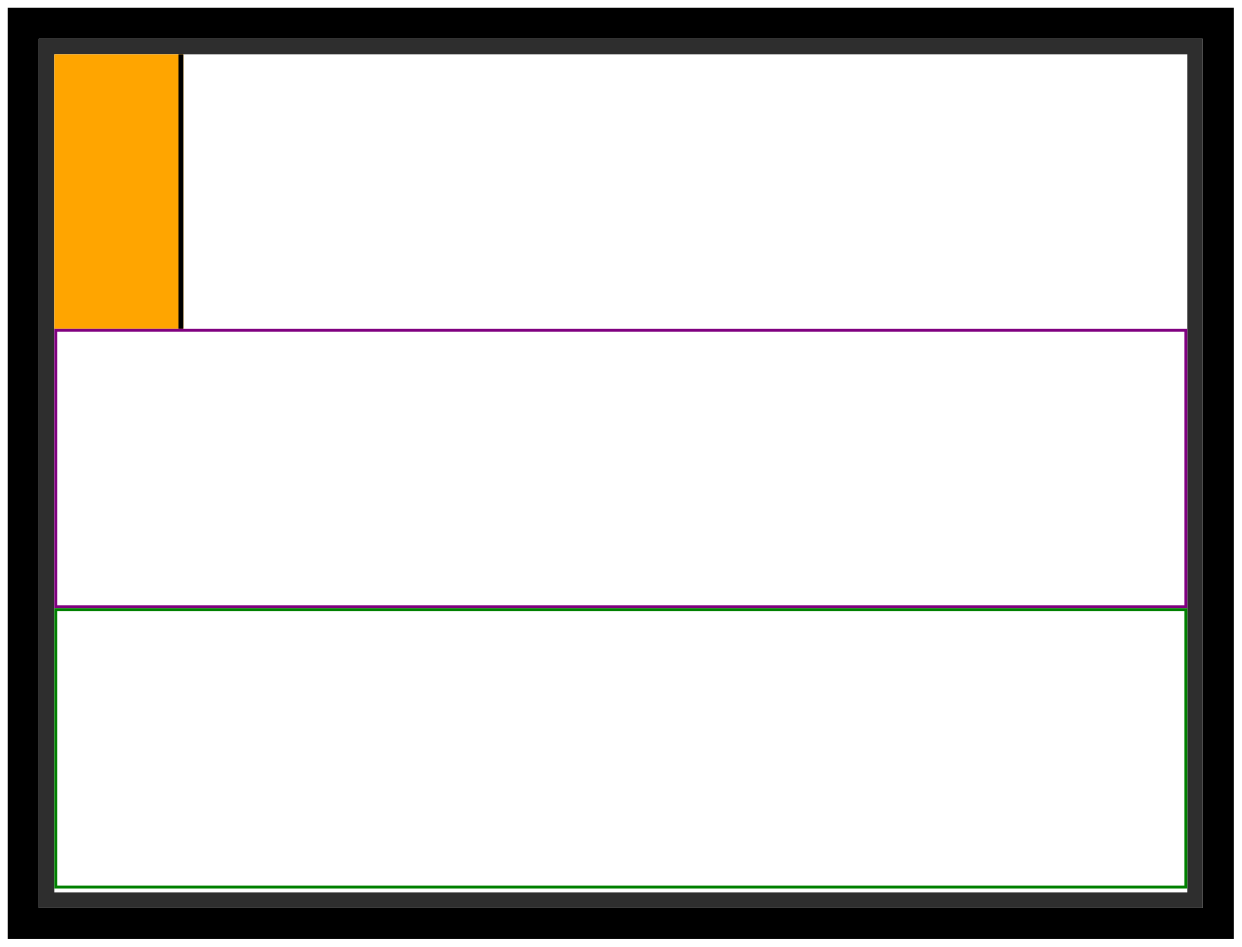
Repository: Tsardines/mondrian
Page: index.html
The author's editor kept a copy of each file at every save. The page is drawn from the files as they stood at one save, then again after the next save.
The browser window is 1280 px wide. The pictures show the whole page, at 97% of full size.
Some web fonts or font styles are not loaded; a fallback is used.

Above is the page before, as saved 2019-10-20 16:13:34.

### index.html
<!DOCTYPE html>
<html>
  <head>
    <meta charset="UTF-8">
  <meta http-equiv="X-UA-Compatible" content="IE=edge,chrome=1">
  <meta name="viewport" content="width=device-width,initial-scale=1">
    <title>title</title>
  <meta name="author" content="name">
  <meta name="description" content="description here">
  <meta name="keywords" content="keywords,here">
  <link rel="stylesheet" href="//fonts.googleapis.com/css?family=font1|font2|etc" type="text/css">
  <link rel="stylesheet" href="styles.css" type="text/css">
  </head>
  <body>

    <div id="canvas">
        <div class="grid__container">
            <div class="grid__top">
                <div class="top__rect"></div>


            </div>
            <div class="grid__middle">



            </div>
            <div class="grid__bottom">



            </div>
    </div>
</div>

  </body>
</html>

### styles.css
#canvas {
    border: 2rem solid black;
    /* display: block; */
    height: 56rem;
}

.grid__container {
    border: 1rem solid rgb(46, 46, 46);
    height: 54rem;
}

.grid__top {
    /* border: 3px solid red; */
    height: 32.7%;
}

.grid__middle {
    border: 3px solid purple;
    height: 32.7%;
}

.grid__bottom {
    border: 3px solid green;
    height: 32.7%;
}

.top__rect {
    background-color: orange;
    border-right: 5px solid black;
    height: 100%;
    width: 8rem;
}

After the next save:
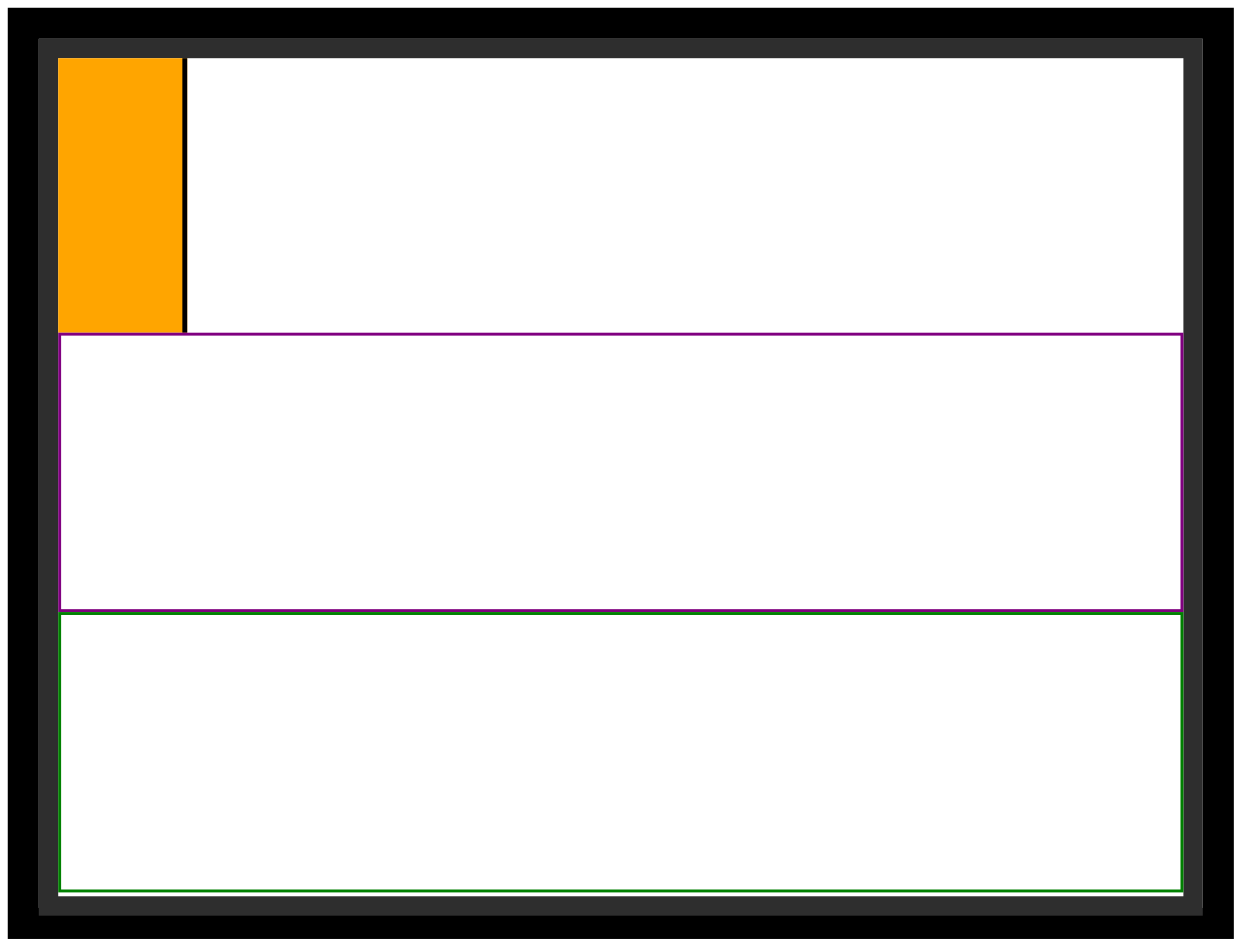
Saved 13 s later.
--- a/styles.css
+++ b/styles.css
@@ -5,7 +5,7 @@
 }
 
 .grid__container {
-    border: 1rem solid rgb(46, 46, 46);
+    border: 1.25rem solid rgb(46, 46, 46);
     height: 54rem;
 }
 

After the save that followed:
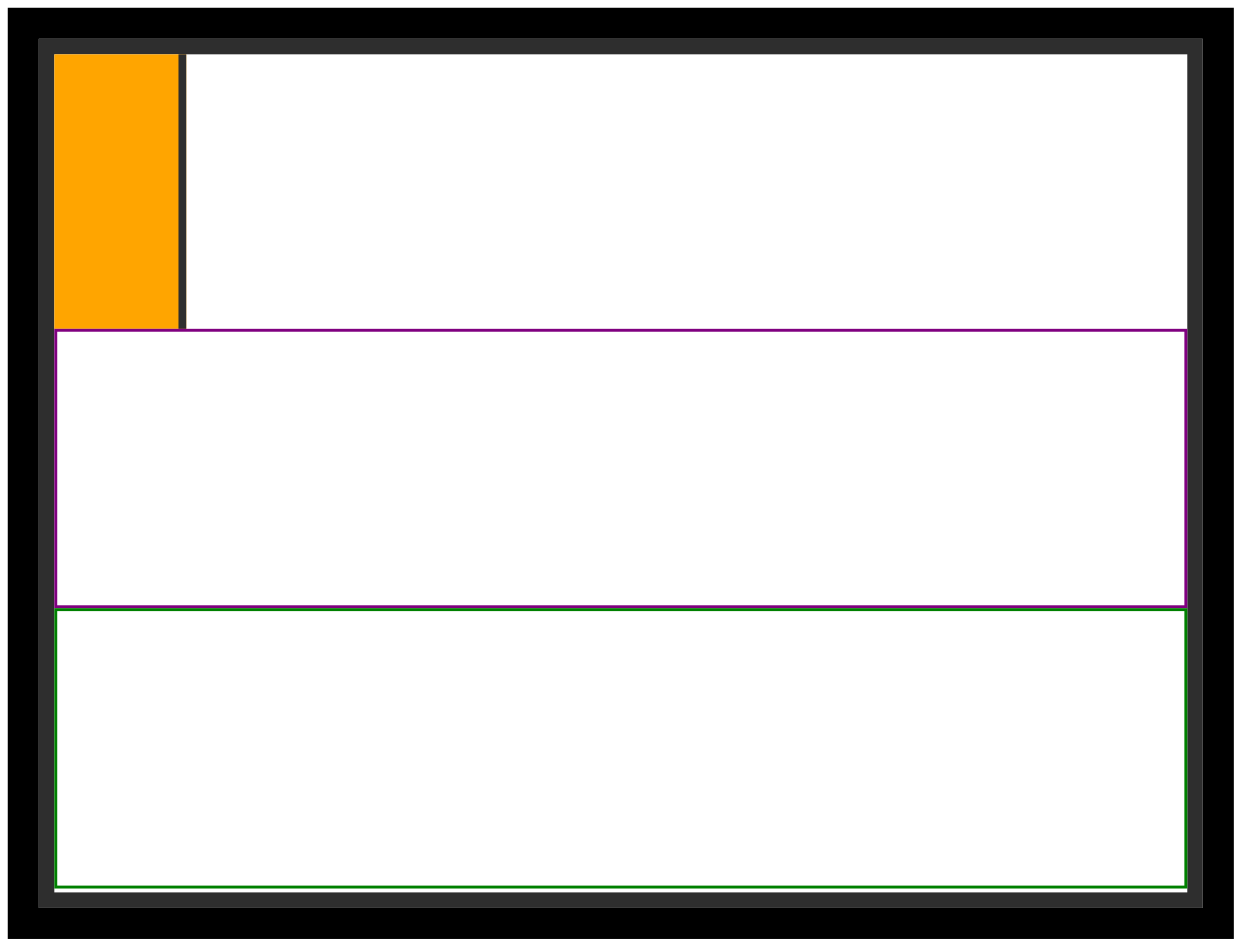
Saved 19 s later.
--- a/styles.css
+++ b/styles.css
@@ -5,7 +5,7 @@
 }
 
 .grid__container {
-    border: 1.25rem solid rgb(46, 46, 46);
+    border: 1rem solid rgb(46, 46, 46);
     height: 54rem;
 }
 
@@ -26,7 +26,7 @@
 
 .top__rect {
     background-color: orange;
-    border-right: 5px solid black;
+    border-right: 0.5rem solid rgb(46, 46, 46);
     height: 100%;
     width: 8rem;
 }
